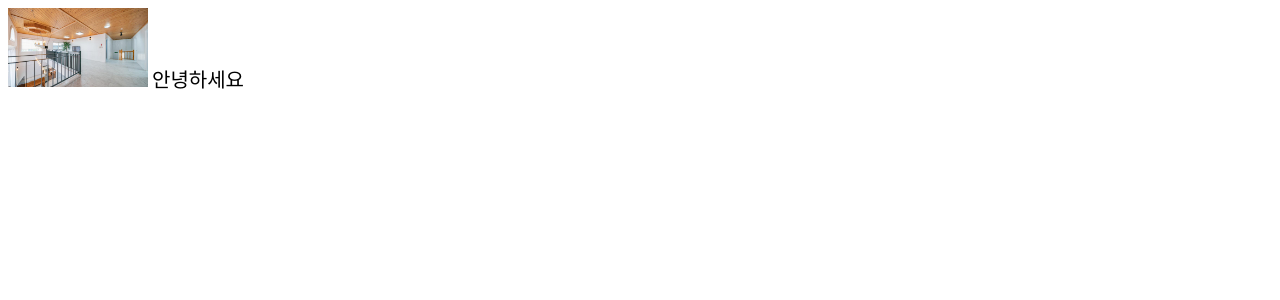
Repository: balsohn/adminshop
Page: http://localhost/jquery/0805/showHide.jsp
The author's editor kept a copy of each file at every save. The page is drawn from the files as they stood at one save, then again after the next save.
The browser window is 1280 px wide. The pictures show the whole page.
The page is served by Tomcat 9.

Above is the page before, as saved 2024-08-20 08:08:11.

After the next save:
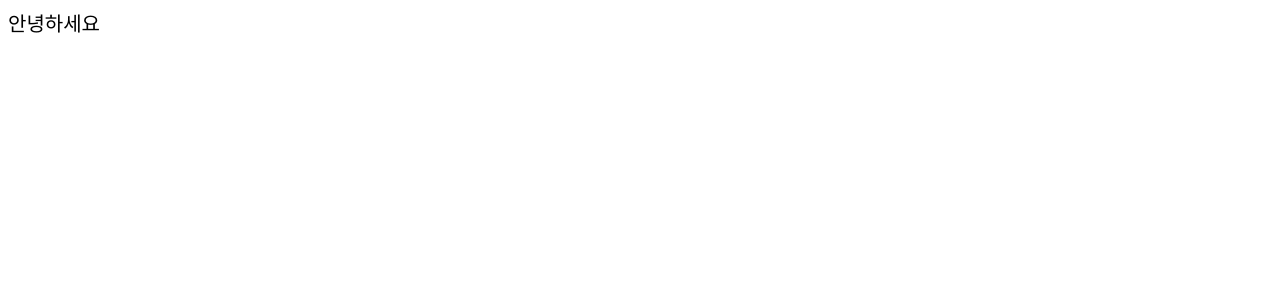
Saved 33 s later.
--- a/work/jquery/src/main/webapp/0805/showHide.jsp
+++ b/work/jquery/src/main/webapp/0805/showHide.jsp
@@ -8,7 +8,7 @@
 <script src="https://code.jquery.com/jquery-latest.js"></script>
 <script>
 	$(function() {
-
+		$('img').hide();
 	})
 </script>
 </head>

After the save that followed:
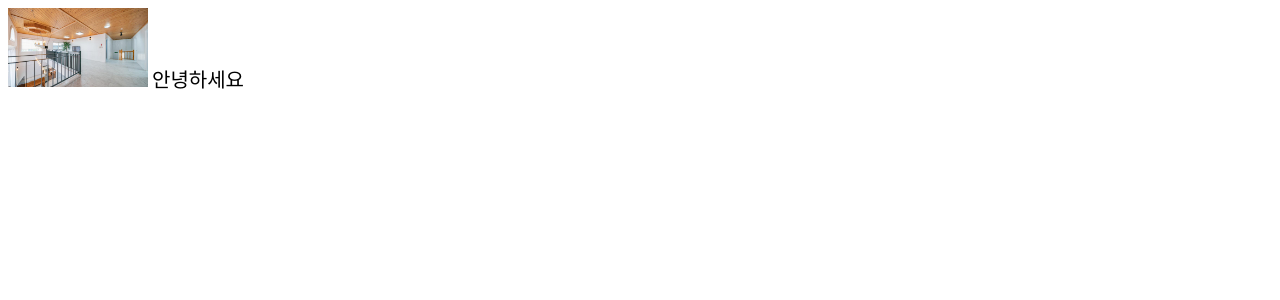
Saved 6 s later.
--- a/work/jquery/src/main/webapp/0805/showHide.jsp
+++ b/work/jquery/src/main/webapp/0805/showHide.jsp
@@ -8,7 +8,7 @@
 <script src="https://code.jquery.com/jquery-latest.js"></script>
 <script>
 	$(function() {
-		$('img').hide();
+
 	})
 </script>
 </head>
